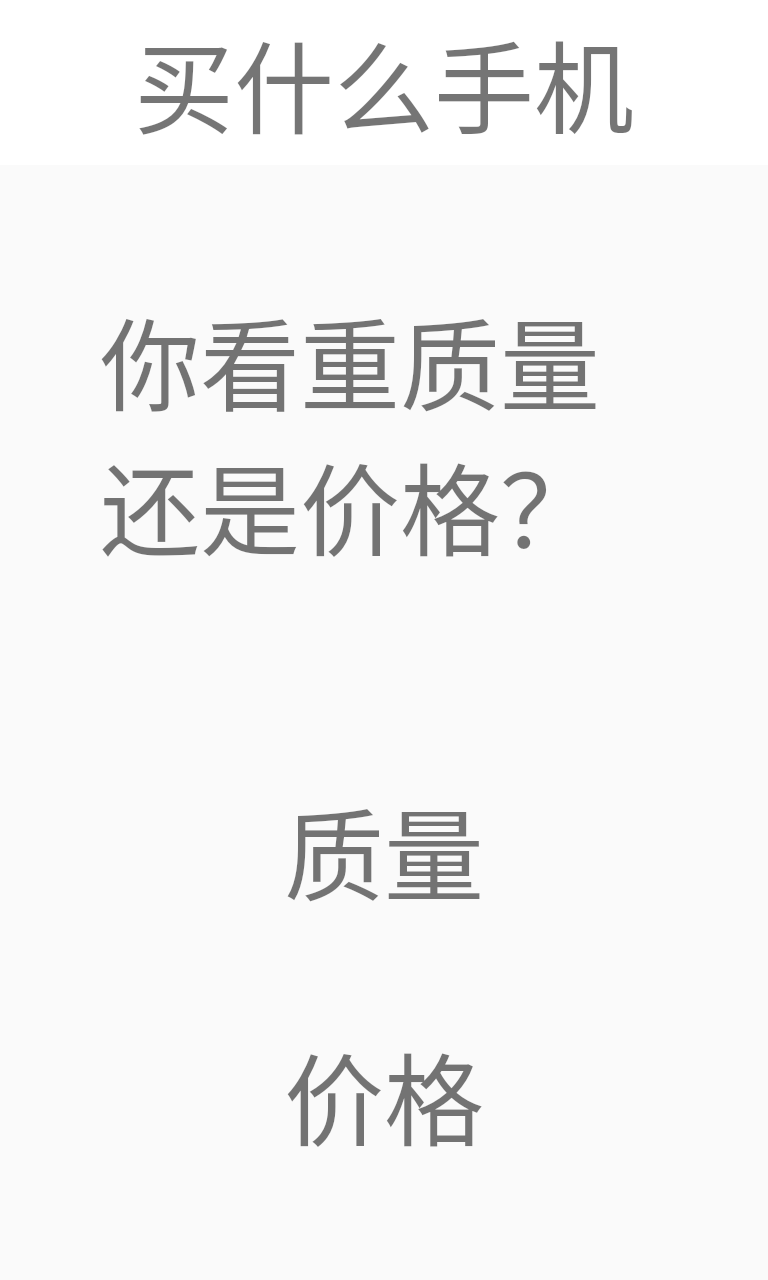
Repository: lxis/Sale
Layout: Sale/Sale/res/layout/fragment_main.xml
These files come from the project's save history. The layout is drawn as it stood at one moment and after a run of saves; the edit follows.
It is drawn on a 768 x 1280 px phone screen (xhdpi) without system bars, with theme AppTheme; the app's code is not run.

Above is the layout before, as saved 2014-12-05 14:59:59.

### Sale/Sale/res/layout/fragment_main.xml
<LinearLayout xmlns:android="http://schemas.android.com/apk/res/android"
    xmlns:tools="http://schemas.android.com/tools"
    android:layout_width="match_parent"
    android:layout_height="match_parent"
    tools:context="com.sage.sale.MainActivity$PlaceholderFragment"
    android:orientation="vertical"
    >
    	<LinearLayout
	    android:layout_width="match_parent"
	    android:layout_height="wrap_content"
	    android:background="#ffffff"
	    android:orientation="vertical"
	    >
	     <TextView
	        android:text="买什么手机"
	        android:layout_width="wrap_content"
	        android:layout_height="match_parent"
	        android:layout_gravity="center"
	        android:layout_margin="10px"
	        android:textSize="100px"
	        >
	    </TextView>

	</LinearLayout>

	<LinearLayout
	    android:layout_width="match_parent"
	    android:layout_height="0px"
	    android:layout_weight="1"
	    >
	</LinearLayout>
	<LinearLayout
	    android:layout_width="match_parent"
	    android:layout_height="wrap_content"
	    android:orientation="vertical"
	    >
	     <LinearLayout
	         android:layout_gravity="center"
	         android:layout_width="wrap_content"
	         android:layout_height="wrap_content"
	         android:orientation="vertical"
	         >

	    <TextView
        android:layout_width="wrap_content"
        android:layout_height="wrap_content"
	        android:textSize="100px"
	        android:layout_margin="100px"
	        android:layout_gravity="center"
        android:text="你看重质量还是价格？" />
    <TextView
        android:layout_width="wrap_content"
        android:layout_height="wrap_content"
	        android:textSize="100px"
	        android:layout_gravity="center"
	        android:layout_margin="100px"
        android:text="质量" />
        <TextView
        android:layout_width="wrap_content"
        android:layout_height="wrap_content"
	        android:textSize="100px"
	        android:layout_gravity="center"
        android:text="价格" />
	     </LinearLayout>
	</LinearLayout>
	<LinearLayout
	    android:layout_width="match_parent"
	    android:layout_height="0px"
	    android:layout_weight="5"
	    >
	</LinearLayout>





</LinearLayout>

Loaded but not shown: Sale/Sale/res/values/styles.xml (common file); Sale/Sale/res/values-v11/styles.xml (common file); Sale/Sale/res/values-v14/styles.xml (common file)

After the next 2 saves:
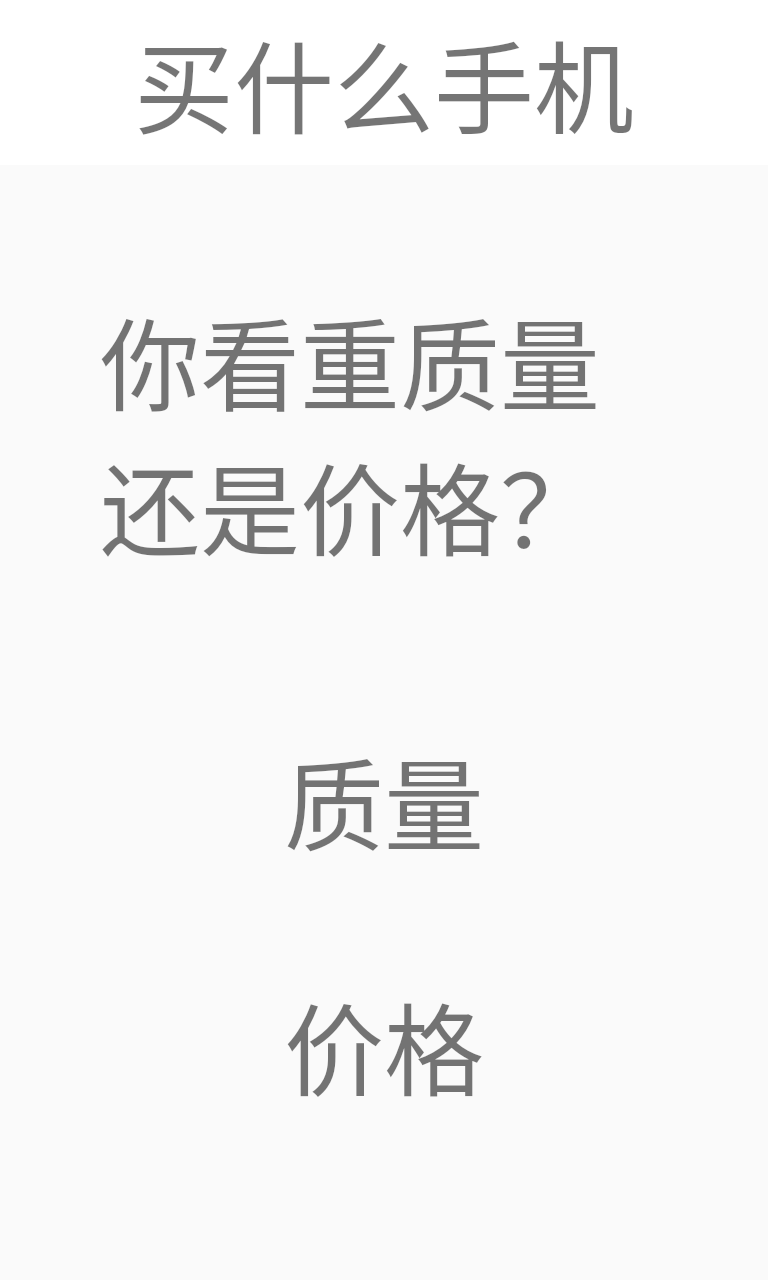
The 2 saves are shown as one change because they came seconds apart.
The last was saved 7 s later.
--- a/Sale/Sale/res/layout/fragment_main.xml
+++ b/Sale/Sale/res/layout/fragment_main.xml
@@ -53,12 +53,13 @@
         android:layout_height="wrap_content"
 	        android:textSize="100px"
 	        android:layout_gravity="center"
-	        android:layout_margin="100px"
+	        android:layout_margin="50px"
         android:text="质量" />
         <TextView
         android:layout_width="wrap_content"
         android:layout_height="wrap_content"
 	        android:textSize="100px"
+	        android:layout_margin="50px"
 	        android:layout_gravity="center"
         android:text="价格" />
 	     </LinearLayout>
